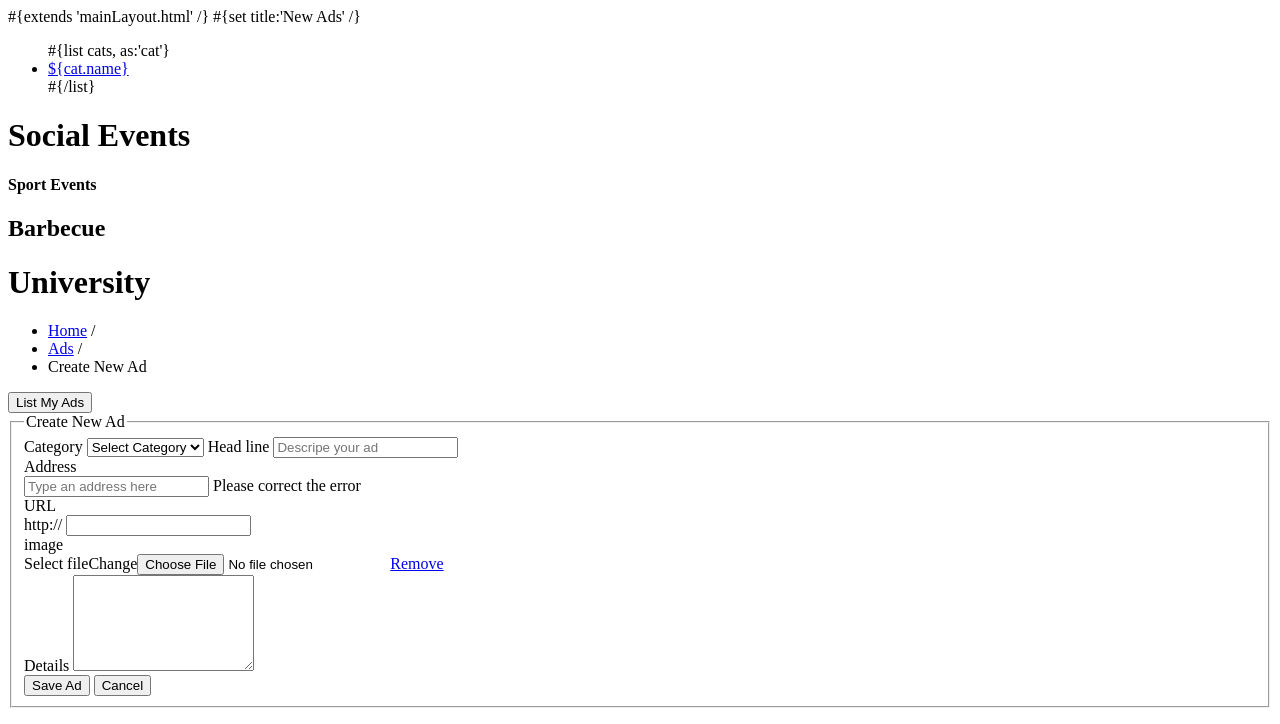
Repository: Maalejm/SEBA
Page: SlifeWebSite/app/views/Ads/newAd.html
These files come from the project's save history. The page is drawn as it stood at one moment and after the next save; the edit follows.
The browser window is 1280 px wide. The pictures show the whole page.

Above is the page before, as saved 2013-06-18 00:10:51.

### SlifeWebSite/app/views/Ads/newAd.html
#{extends 'mainLayout.html' /}
#{set title:'New Ads' /}

 <div class="container-fluid">
            <div class="row-fluid">
                <div class="span2">

                    <ul class="nav nav-list">
                        #{list cats, as:'cat'}
                         <li
                         %{ if(cat.id==1) { }%
                          class="active"
                         %{ } }%
                         ><a class="catNav" href="${cat.id}">${cat.name}</a></li>
                        #{/list}

                    </ul>

                    <div>
                    <h1><a>Social Events</a></h1><h4><a>Sport Events</a></h4><h2><a>Barbecue</a></h2><h1><a>University</a></h1><h1>
                    </div>
                    <!--Sidebar content-->
                </div>
                <div class="span10">
                    <ul class="breadcrumb">
                        <li><a href="#">Home</a> <span class="divider">/</span></li>
                        <li><a href="#">Ads</a> <span class="divider">/</span></li>
                        <li class="active">Create New Ad</li>
                    </ul>

                    <div class="btn-group">
                        <button class="btn">List My Ads</button>
                    </div>



                    <form>
                        <fieldset>
                            <legend>Create New Ad</legend>
                            <label>Category</label>
                            <select class="span5">
                                <option value="0">Select Category</option>
                                <option value="1">Sport Events</option>
                                <option value="2">Barbecue</option>
                                <option value="3">University</option>
                                <option value="4">Social Events</option>
                            </select>

                            <label>Head line</label>
                             <input type="text" class="span5" placeholder="Descripe your ad">
                            <div class="control-group error">
                            <label>Address</label>
                                 <div class="controls">
                                <input type="text" class="span5" placeholder="Type an address here">
                                <span class="help-inline">Please correct the error</span>
                                </div>
                            </div>
                            <label>URL</label>
                                <div class=" input-prepend">
                                    <span class="add-on">http://</span>
                                    <input type="text" class="input_text">

                                  </div>
                            <label>image</label>


                                 <div class="fileupload fileupload-new" data-provides="fileupload">
  <div class="input-append">
    <div class="uneditable-input span3"><i class="icon-file fileupload-exists"></i> <span class="fileupload-preview"></span></div><span class="btn btn-file"><span class="fileupload-new">Select file</span><span class="fileupload-exists">Change</span><input type="file" /></span><a href="#" class="btn fileupload-exists" data-dismiss="fileupload">Remove</a>
  </div>
</div>

                            <label>Details</label>
                                <textarea rows="6" class="input_textarea"></textarea>
                                  <br/>



                                  <div class="form-actions">
                                      <button type="submit" class="btn btn-primary">Save Ad</button>
                                      <button type="button" class="btn">Cancel</button>
                                  </div>
                        </fieldset>
                    </form>



                    <!--Body content-->
                </div>
            </div>
        </div>

After the next save:
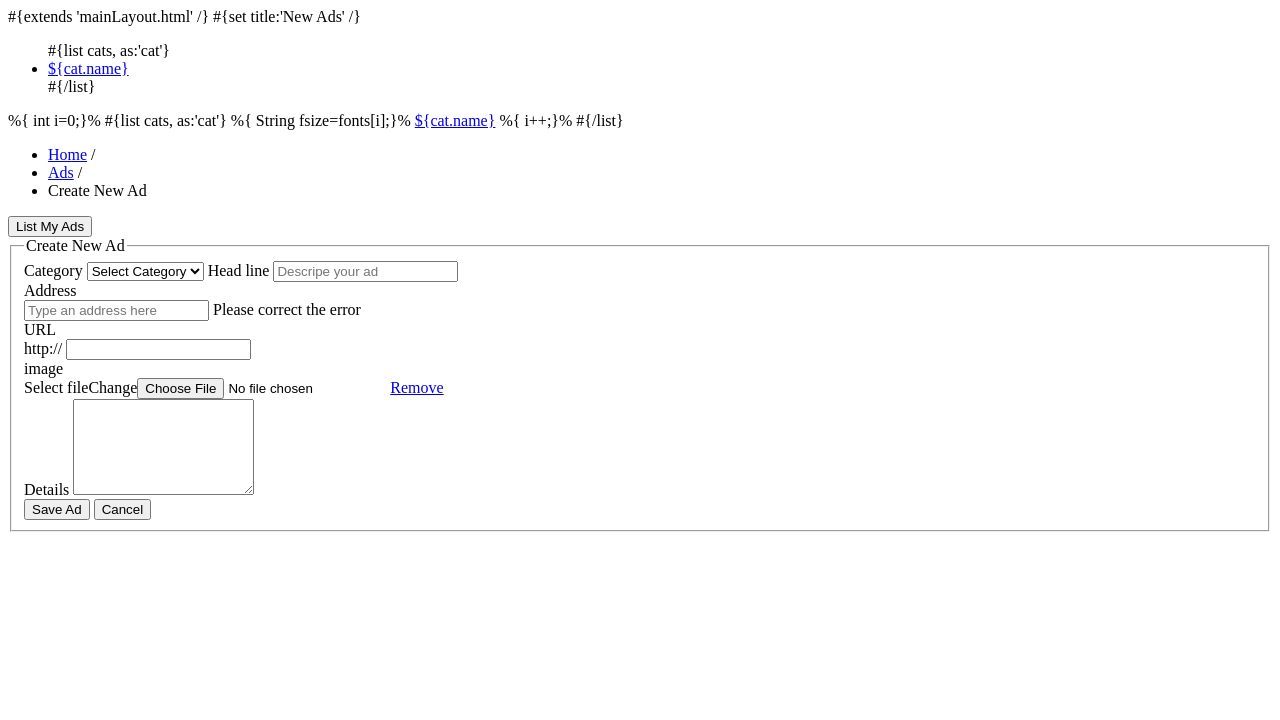
Saved 31 s later.
--- a/SlifeWebSite/app/views/Ads/newAd.html
+++ b/SlifeWebSite/app/views/Ads/newAd.html
@@ -17,7 +17,13 @@
                     </ul>
 
                     <div>
-                    <h1><a>Social Events</a></h1><h4><a>Sport Events</a></h4><h2><a>Barbecue</a></h2><h1><a>University</a></h1><h1>
+
+                    %{ int i=0;}%
+                    #{list cats, as:'cat'}
+                       %{ String fsize=fonts[i];}%
+                       <span style="font-size:${fsize}px;"><a class="catNav" href="${cat.id}">${cat.name}</a></span>
+                      %{ i++;}%
+                    #{/list}
                     </div>
                     <!--Sidebar content-->
                 </div>
